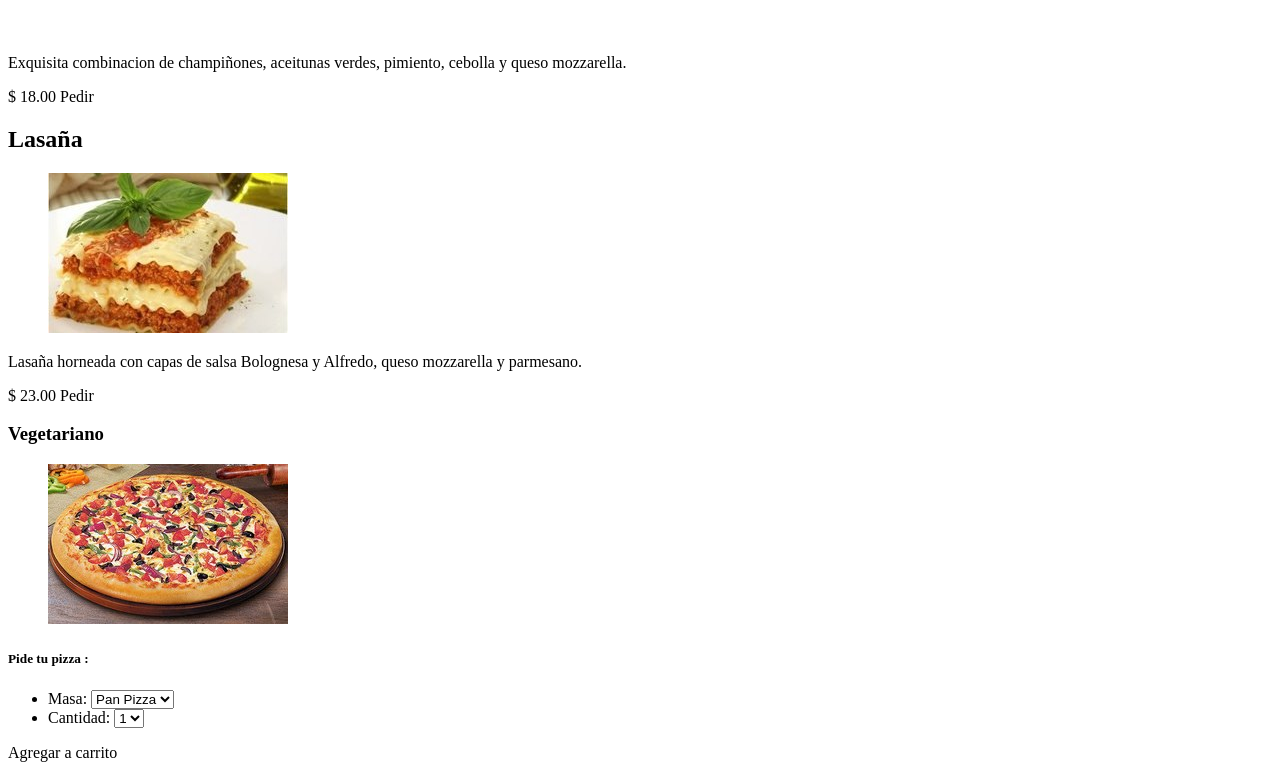
Repository: ProSoft-PDSI/sdsddo
Page: http://localhost/sdsr/Especiales
The author's editor kept a copy of each file at every save. The page is drawn from the files as they stood at one save, then again after the next save.
The browser window is 1280 px wide. The pictures show the whole page.
The page is served by Tomcat 9. Queries for data that is not in the repository find no rows.

Above is the page before, as saved 2014-07-21 00:38:59.

After the next save:
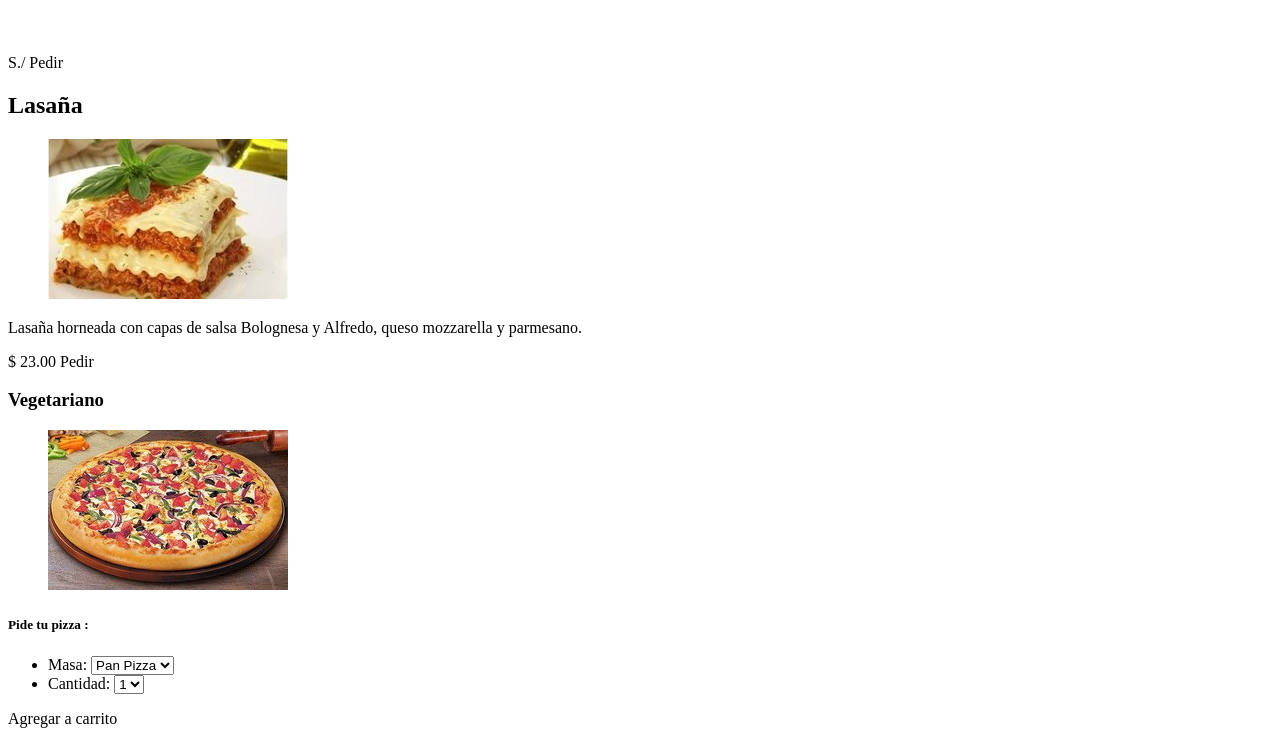
Saved 45 s later.
--- a/Web/sdsr/WebContent/Especiales.jsp
+++ b/Web/sdsr/WebContent/Especiales.jsp
@@ -19,8 +19,8 @@
 							<div>
 								<h2 class="letter_spacing"><c:out value="${i.nombre}"></c:out></h2>
 								<figure><img src="${i.imagen}" alt="" ></figure>
-								<p class="pad_bot1"> Exquisita combinacion de champiñones, aceitunas verdes, pimiento, cebolla y queso mozzarella.</p>
-								<a class="md-trigger" data-modal="modal-1" class="button1">$ 18.00 Pedir</a>
+								<p class="pad_bot1"> ${i.descripcion}</p>
+								<a class="md-trigger" data-modal="modal-1" class="button1">S./ ${i.precio} Pedir</a>
 							</div>
 						</div>
 					</section>
